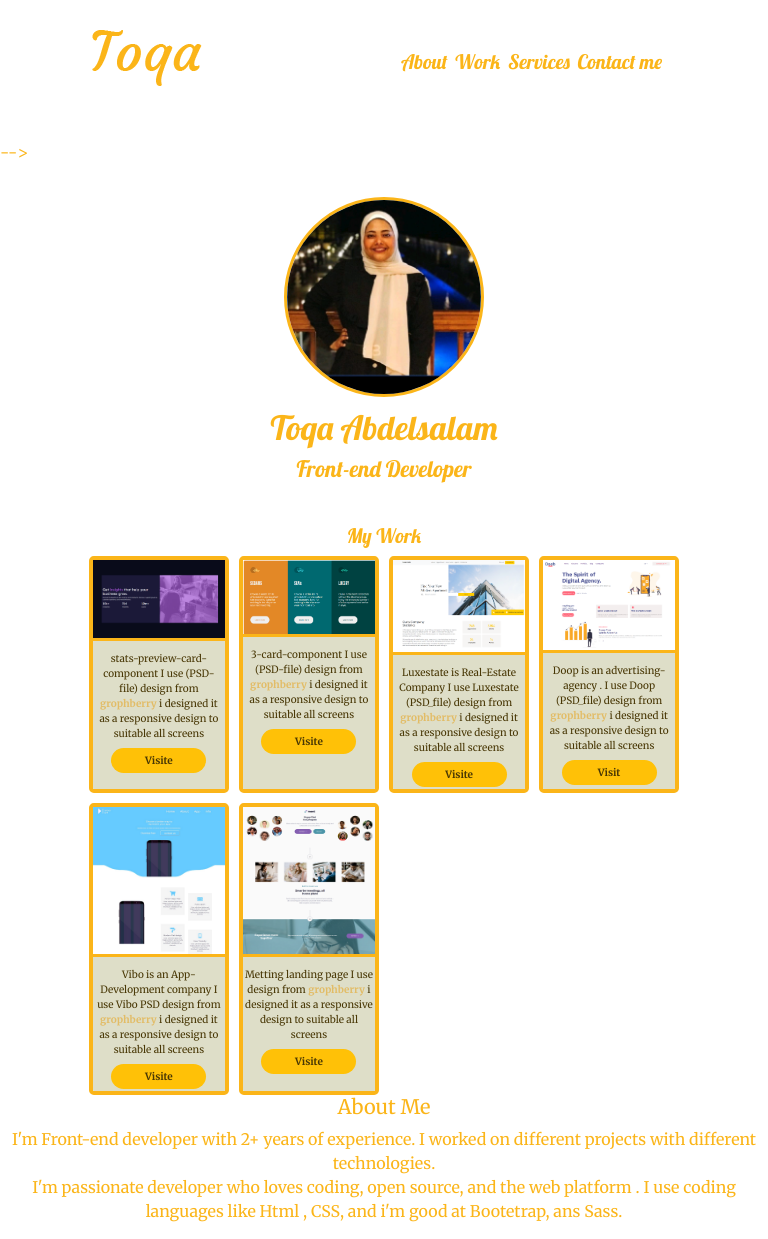
Repository: Toqa-25/portfolio
Page: index.html
The author's editor kept a copy of each file at every save. The page is drawn from the files as they stood at one save, then again after the next save.
The browser window is 768 px wide. The pictures show the whole page.
Some web fonts or font styles are not loaded; a fallback is used.

Above is the page before, as saved 2021-10-31 16:49:47.

### index.html
<!DOCTYPE html>
<html lang="en">
<head>
    <meta charset="UTF-8">
    <meta http-equiv="X-UA-Compatible" content="IE=edge">
    <meta name="viewport" content="width=device-width, initial-scale=1.0">
    <title>Toqa Portfolio</title>
      <!-- bootstrap file -->
      <link rel="stylesheet" href="css/all.min.css">
      <link rel="stylesheet" href="css/bootstrap.css">
      <!-- css file -->
      <link rel="stylesheet" href="css/style.css">
      <!-- fonts -->
      <link rel="preconnect" href="https://fonts.googleapis.com">
<link rel="preconnect" href="https://fonts.gstatic.com" crossorigin>
<link href="https://fonts.googleapis.com/css2?family=Lobster&family=Otomanopee+One&display=swap" rel="stylesheet">
<link rel="preconnect" href="https://fonts.googleapis.com">
<link rel="preconnect" href="https://fonts.gstatic.com" crossorigin>
<link href="https://fonts.googleapis.com/css2?family=Merriweather:ital,wght@0,300;0,400;0,700;0,900;1,300;1,400;1,700;1,900&display=swap" rel="stylesheet">
<link rel="preconnect" href="https://fonts.googleapis.com">
<link rel="preconnect" href="https://fonts.gstatic.com" crossorigin>
<link href="https://fonts.googleapis.com/css2?family=Bebas+Neue&family=Oswald:wght@200;300;400;500;600;700&display=swap" rel="stylesheet">
</head>
<body>
        <!-- header section -->
    <header class="pad">
       <div class="container">
         <div class="header-content">
           <div class="header-logo">
             <img src="images/logo.png" alt="logo">
           </div>
           <div class="bar">
             <svg xmlns="http://www.w3.org/2000/svg" width="35" height="35" fill="#fbb519" class="bi bi-list" viewBox="0 0 16 16">
               <path fill-rule="evenodd" d="M2.5 12a.5.5 0 0 1 .5-.5h10a.5.5 0 0 1 0 1H3a.5.5 0 0 1-.5-.5zm0-4a.5.5 0 0 1 .5-.5h10a.5.5 0 0 1 0 1H3a.5.5 0 0 1-.5-.5zm0-4a.5.5 0 0 1 .5-.5h10a.5.5 0 0 1 0 1H3a.5.5 0 0 1-.5-.5z"/>
             </svg>
              <ul class="hidden-list unlist">
              <li>About</li>
              <li>Work</li>
              <li>Services</li>
              <li>Contact me</li>
              <li>Reviews</li>
            </ul>
           </div>
           <div class="header-nav">
             <ul class="list unlist">
                 <li>About</li>
                 <li>Work</li>
                 <li>Services</li>
                 <li>Contact me</li>
                 <!-- <li>Reviews</li> -->
             </ul>

           </div>
         </div>
         </div>
        </header><!-- end header section -->
       <!-- <div role="bar">
      <ul class="hidden-bar">
        <li>About</li>
        <li>Work</li>
        <li>Services</li>
        <li>Contact me</li>
         <li>Reviews</li>
       </ul>
      </div> -->
    <!-- </nav> --> -->

    <!-- information  section -->
    <section  class="inform pad">
      <div class="main-inform " role="main">
        <div class="inform-info">
        <img src="images/toqa.jpg" alt=""><br>
        <h1>Toqa Abdelsalam</h1>
        <h4>Front-end Developer</h4>
      </div>
      </div>
    </section>

      <section class="section container work">
      <h5>My Work</h5>
      <div class="card-groups">
      <div class="project card" role="menu">
        <img src="images/toqa-25.github.io_stats-preview-card-component-main_.png" alt="">
        <p>stats-preview-card-component
      I use  (PSD-file) design from <span> <a href="https://www.frontendmentor.io/">grophberry</a></span>
  i designed it as a responsive design to suitable all screens <br>
  <button><a href="https://toqa-25.github.io/stats-preview-card-component-main/">Visite</a></button>
 </p>
 </div>
      <div class="project card" role="menu">
        <img src="images/toqa-25.github.io_3-cards-component3_.png" alt="">
        <p>3-card-component
      I use (PSD-file) design from <span> <a href="https://www.frontendmentor.io/">grophberry</a></span>
  i designed it as a responsive design to suitable all screens <br>
  <button><a href="https://toqa-25.github.io/3-cards-component/">Visite</a></button>
 </p>
 </div>
      <div class="project card" role="menu">
          <img src="images/destop-luxestate - Copy (1).png" alt="">
          <p>Luxestate is Real-Estate Company
        I use Luxestate (PSD_file) design from <span> <a href="https://www.graphberry.com/">grophberry</a></span>
    i designed it as a responsive design to suitable all screens <br>
    <button><a href="https://toqa-25.github.io/luxstate-project-/">Visite</a></button>
   </p>
   </div>
      <div class="project card" role="menu">
          <img src="images/web_design.png" alt="">
          <p>Doop is an advertising-agency .
        I use Doop (PSD_file) design from <span> <a href="https://www.graphberry.com/">grophberry</a></span>
    i designed it as a responsive design to suitable all screens <br>
    <button><a href="https://toqa-25.github.io/simply-agency/">Visit </a></button>
   </p>
   </div>
      <div class="project card" role="menu">
        <img src="images/Vibo_App(desktop)_toqa-25.github.io2.png" alt="">
          <p>Vibo is an App-Development company
        I use Vibo PSD design from <span> <a href="https://www.graphberry.com/">grophberry</a></span>
    i designed it as a responsive design to suitable all screens <br>
    <button><a href="https://toqa-25.github.io/vibo-app/">Visite</a></button>
   </p>
   </div>
   <div class="project card" role="menu">
    <img src="images/toqa-25.github.io_landing-meeting-page_desktop.png" alt="">
    <p>Metting landing page
  I use  design from <span> <a href="https://www.frontendmentor.io/">grophberry</a></span>
i designed it as a responsive design to suitable all screens <br>
<button><a href="https://toqa-25.github.io/landing-meeting-page/">Visite</a></button>
</p>
</div>
   </div>
      </section>

      <section class="section about">

          <h5>About Me</h5>
      <p> I'm Front-end developer with 2+ years of experience. I worked on different projects with different technologies. <br>
       I'm passionate developer who loves coding, open source, and the web platform .
       I use coding languages like Html , CSS, and i'm good at Bootetrap, ans Sass. </p>
      </section>

</body>
</html>

### css/style.css
/*
    public style
***********************
*/
:root{
    --main-color:#fbb519;
    --section-padding:30px;
}
* , *:after , *:before{
    box-sizing: border-box;
    margin: 0;
    padding: 0;
}
body{
    font-family: 'Merriweather', serif;
    color:var(--main-color);
}
.pad{
    padding: var(--section-padding) 0;
}
.container
{
  width: 80%;
  margin:auto;
}
 .pad h5{
    text-align: center;
    font-family: 'Lobster';
    margin-bottom: 15px;
 }
 .unlist{
     list-style: none;
 }
/*
    header style
***********************
*/
 header{
    font-family: 'Lobster', cursive;
 }
 .header-content{
    display: flex;
}
.header-logo{
    width:50%;
}
.bar{
    display: none;
    width: 50%;
    margin: auto;
    text-align: center;
}
.header-nav{
    width:50%;
    display: flex;
 }
 .header-nav .list{
     width: 100%;
     display: flex;
     justify-content: space-between;
     align-items: center;
     padding: 17px;
 }
 .header-nav .list li{
     font-size: 20px;
     transition: .2s;
     -webkit-transition: .2s;
     -moz-transition: .2s;
     -ms-transition: .2s;
     -o-transition: .2s;
    }
    .header-nav .list li:hover{
        border-bottom: 2px solid var(--main-color);
    }
 .header-nav .list{
 }


  nav img{
     margin-top:10px;
 }
 nav .list{
     width: 50%;
    margin-top:20px;
    list-style: none;
    color:var(--main-color);
    display: flex;
    justify-content: space-evenly;
    cursor: pointer;
    font-size: 20px;
 }


.bar{
     position: relative;
 }
  .hidden-bar {
     display: block;
     color:var(--main-color);
     position: absolute;
    top: 25px;
    left: 45px;
     background-color: #f5f5dc91;
     list-style: none;
     border-radius: 8px;
     padding: 10px;

 }
/* media quary for header*/
 @media (max-width: 991px){
   .header-navlist {
      display: none;
  }
  /* div{
      display: block;
      padding: 15px;
  } */
  .main-inform  h2{
    font-size: 20px;
    line-height: 2rem;
  }
  .main-inform img{
    width: 100px;
    height: 100px;
 }
}
 @media (min-width: 768px){
     /* nav div{
         display: none;

     } */
 }


 /* .hidden-bar{
    display: none;

} */
.hidden-bar li:hover{
 padding: 5px;
 font-size: 25px;
}
/*
    my image style
***********************
*/

 .main-inform{
    color: var(--main-color);
    text-align: center;
    /* background-image: url(../images/mohammad-rahmani-8qEB0fTe9Vw-unsplash.jpg); */
    height: 300px;
    display: flex;
    align-items: center;
    justify-content: center;
    /* font-family: 'Bebas Neue', cursive; */
     /* font-family: 'Oswald', sans-serif; */
     font-family: 'Lobster', cursive;


 }
 .main-inform img{
     width: 200px;
     height: 200px;
     border:3px solid;
     border-radius: 50%;
     -webkit-border-radius: 50%;
     -moz-border-radius: 50%;
     -ms-border-radius: 50%;
     -o-border-radius: 50%;
     margin-bottom: 10px;
}
 h2{
    color: #dad3d3;
    text-transform: uppercase;
    line-height: 3rem;
 }
 span{
     color:var(--main-color)
 }
 .card-groups{
     display: grid;
    grid-template-columns:repeat(4,1fr);
    gap:10px;
 }
 .work h5{
    text-align: center;
    font-family: 'Lobster';
 }
.card {
    width: 100%;
    height: 100%;
    position: relative;
    display: flex;
    flex-direction: column;
    min-width: 0;
    word-wrap: break-word;
    background-color: black;
    background-clip: border-box;
    border: 4px solid var(--main-color);
    border-radius: 0.3rem;
}

.card img{
    max-width:100%;
    max-height: 150px;
    border-bottom: 3px solid;
}
.card img:hover{
   transform: scale(1.1);
   -webkit-transform: scale(1.1);
   -moz-transform: scale(1.1);
   -ms-transform: scale(1.1);
   -o-transform: scale(1.1);
}
.card p{
    margin-bottom: 1rem;
    background-color: black;
    font-size: 10px;
    padding: 2px;
    margin: 0px;
    margin-top: 0px;
    width: 100%;
    height: 100%;
    text-align: center;
    color:#483705;
    background-color: #f5f5dce8;
    padding-top: 10px;

}
.card p a{
    text-decoration: none;
    color: #e2bc66;
    font-weight: bolder;
}
.card p:hover{

}

.card button{
    width: 95px;
    text-align: center;
    background-color: #ffc107;
    border: none;
    border-radius: 15px;
    padding: 5px;
    margin-top: 7px;
}
.card button:hover{
    width:120px;
    padding: 10px;
}
.card button a{
    text-decoration: none;
    color: #483705;
}

.about{
    text-align: center;

}

/*
           media quary style
    ***************************************
        //extra small devices @media (maxwidth:575px)
        //small devices @media (maxwidth:767px)
        //medium devices @media (maxwidth:991px)
        //large devices @media (maxwidth:1199px)
*/

Loaded but not shown: css/all.min.css (library); css/bootstrap.css (library)

After the next save:
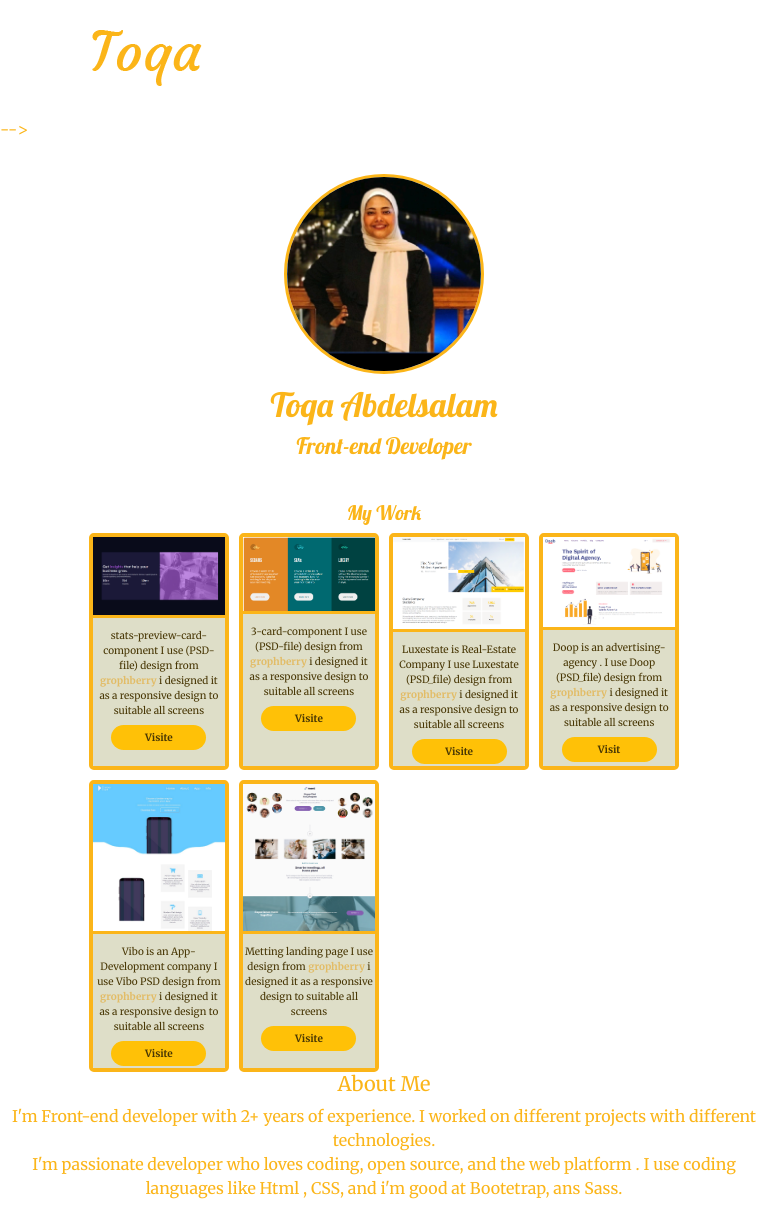
Saved 5 s later.
--- a/css/style.css
+++ b/css/style.css
@@ -108,7 +108,7 @@ body{
  }
 /* media quary for header*/
  @media (max-width: 991px){
-   .header-navlist {
+   .header-nav {
       display: none;
   }
   /* div{
